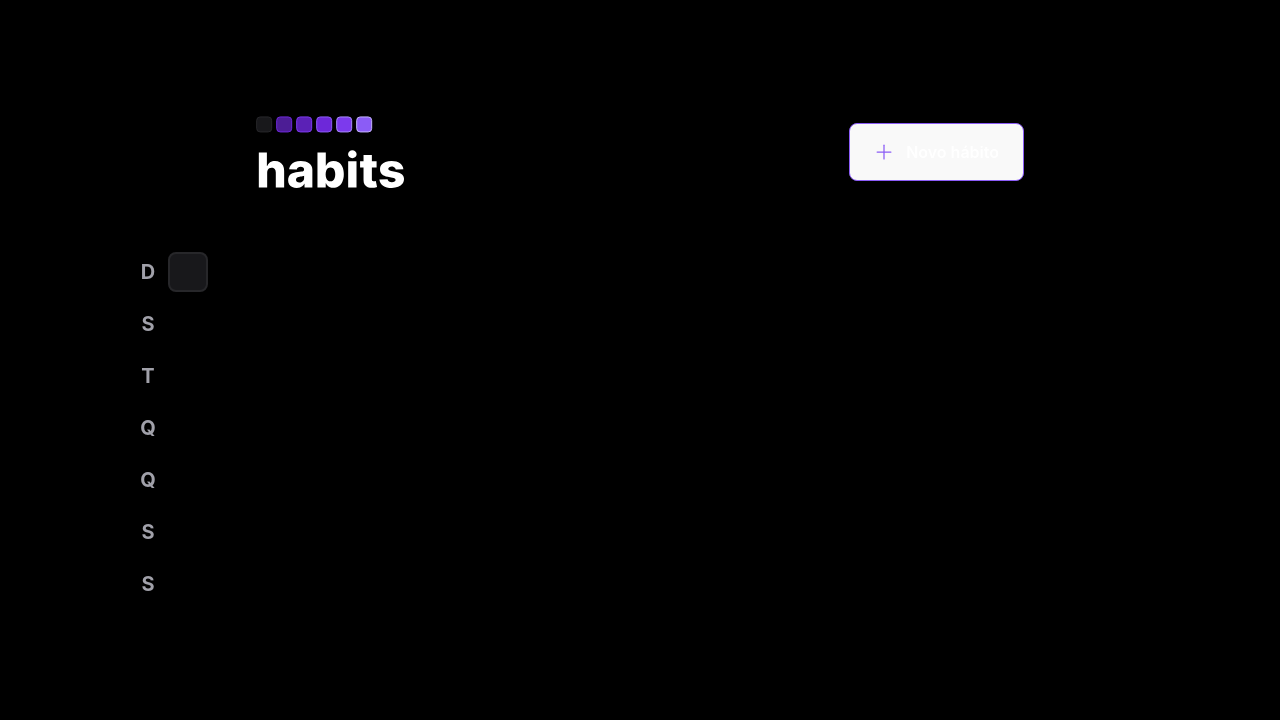
Repository: Herlander929/Setup-Constolador-de-h-bitos
Page: / (app in front-end/web/)
These files come from the project's save history. The page is drawn as it stood at one moment and after the next save; the edit follows.
The browser window is 1280 px wide. The pictures show the whole page.
The project was rebuilt for these pictures with package versions that can differ from the ones it lists, and the page was loaded fresh each time. Also part of the build but not shown: front-end/web/vite.config.ts.

Above is the page before, as saved 2023-01-19 15:07:41.

### front-end/web/index.html
<!DOCTYPE html>
<html lang="en">
  <head>
    <meta charset="UTF-8" />
    <link rel="icon" type="image/svg+xml" href="/vite.svg" />
    <meta name="viewport" content="width=device-width, initial-scale=1.0" />
    <title>Vite + React + TS</title>
  </head>
  <body class="bg-black text-white">
    <div id="root"></div>
    <script type="module" src="/src/main.tsx"></script>
  </body>
</html>

### front-end/web/src/App.tsx
import { Header } from './componentes/Header';
import  {SummaryTable } from './componentes/SummaryTable';
import './styles/global.css';



function App() {

  return (
    <div className="w-screen h-screen flex justify-center items-center">
      <div className="w-full max-w-5xl px-6, flex flex-col gap-16">
    <Header/>
    <SummaryTable/>
      </div>

    </div>
  )
}

export default App

### front-end/web/src/componentes/Header.tsx
import LogoImage from '../assets/logo.svg'
import {Plus} from 'phosphor-react'


export function Header(){
    return (
        <div className="w-full max-w-3xl mx-auto flex items-center justify-between">
        <img src={LogoImage} alt="habits"/>
        <button
        type="button"
        className="border border-violet-500 font-semibold rounded-lg px-6 py-4 flex items-center gap-3 hover:border-violet-300"
        >
          <Plus size={20} className="text-violet-500"/>
            Novo hábito
        </button>
        </div>
    )
}

### front-end/web/src/componentes/SummaryTable.tsx
const weekDays = ['D', 'S', 'T', 'Q', 'Q', 'S', 'S']


export function SummaryTable() {


    return (
        <div className="w-full flex">
            <div className="grid grid-rows-7 grid-flow-row gap-3">

                {weekDays.map((weekDay, index) => {
                    return (
                        <div  key={`${weekDay}-${index}`}
                        className="text-zinc-400 text-xl font-bold h-10 w-10 flex items-center justify-center">
                            {weekDay}
                        </div>

                    )
                })}


            </div>

            <div className="grid grid-rows-7 flex-col gap-3">
                <div className="w-10 h-10 bg-zinc-900 border-2 border-zinc-800 rounded-lg"></div>

            </div>
        </div>
    )
}

### front-end/web/tailwind.config.cjs
/** @type {import('tailwindcss').Config} */
module.exports = {
  content: [
    './src/**/*.tsx',
    './index.html'
  ],
  theme: {
    extend: {
      colors:{
        background: '#09090A'
      },
      gridTemplateRows: {
        7: 'repeat(7,minmax(0, 1fr))'
      },
    },
  },
  plugins: [],
}

### front-end/web/src/componentes/HabitDay.tsx

/*
interface HabitDayProps{
    completed: number
} */


export default function Habit (){
    return (
        <div className="bg-zinc-900 w-10 h-10 text-white rounded m-2 flex items-center justify-center">
            <div className="w-10 h-10 bg-zinc-900 border-2 border-zinc-800 rounded-lg"></div>
        </div>
    )
}

Loaded but not shown: front-end/web/src/main.tsx (common file); front-end/web/src/index.css (common file); front-end/web/src/styles/global.css (common file)

After the next save:
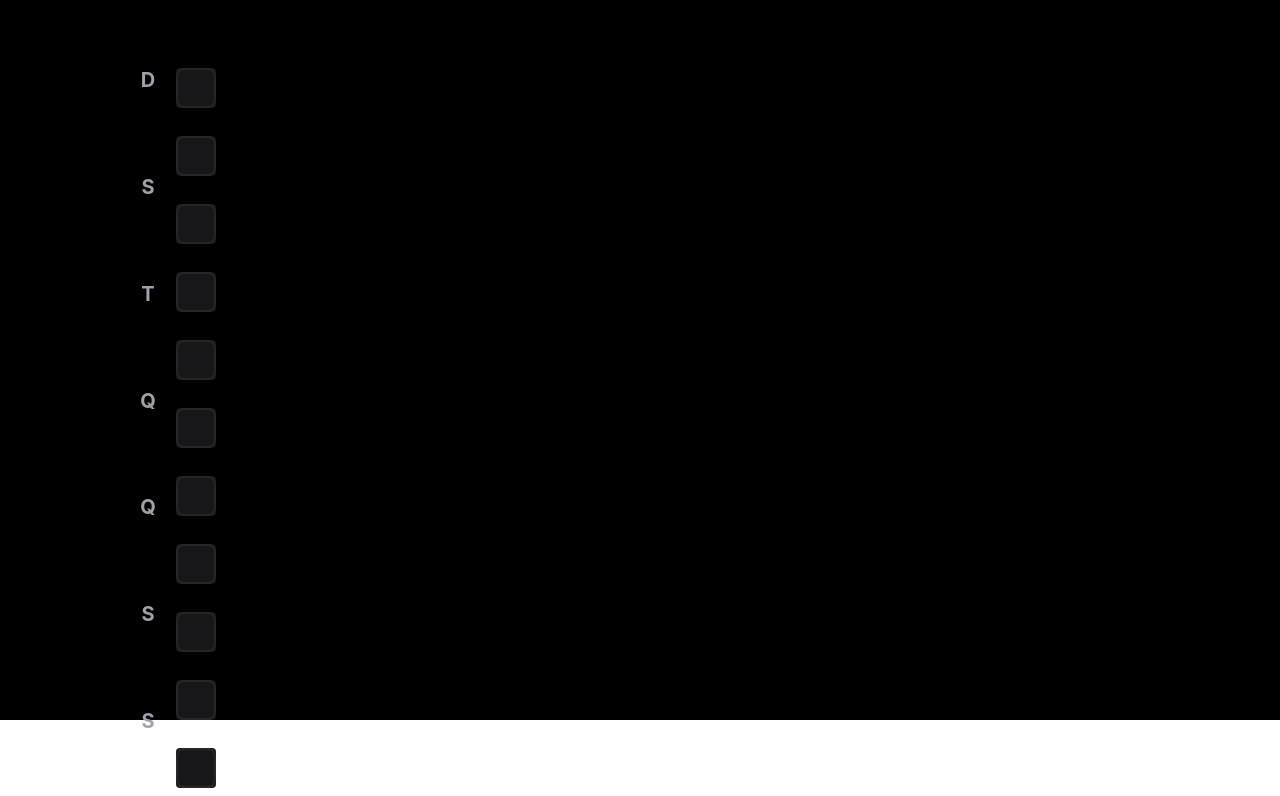
Saved 48 s later.
--- a/front-end/web/src/componentes/SummaryTable.tsx
+++ b/front-end/web/src/componentes/SummaryTable.tsx
@@ -1,3 +1,5 @@
+import HabitDay from "./HabitDay"
+
 const weekDays = ['D', 'S', 'T', 'Q', 'Q', 'S', 'S']
 
 
@@ -22,7 +24,17 @@ export function SummaryTable() {
             </div>
 
             <div className="grid grid-rows-7 flex-col gap-3">
-                <div className="w-10 h-10 bg-zinc-900 border-2 border-zinc-800 rounded-lg"></div>
+                <HabitDay/>
+                <HabitDay/>
+                <HabitDay/>
+                <HabitDay/>
+                <HabitDay/>
+                <HabitDay/>
+                <HabitDay/>
+                <HabitDay/>
+                <HabitDay/>
+                <HabitDay/>
+                <HabitDay/>
 
             </div>
         </div>
